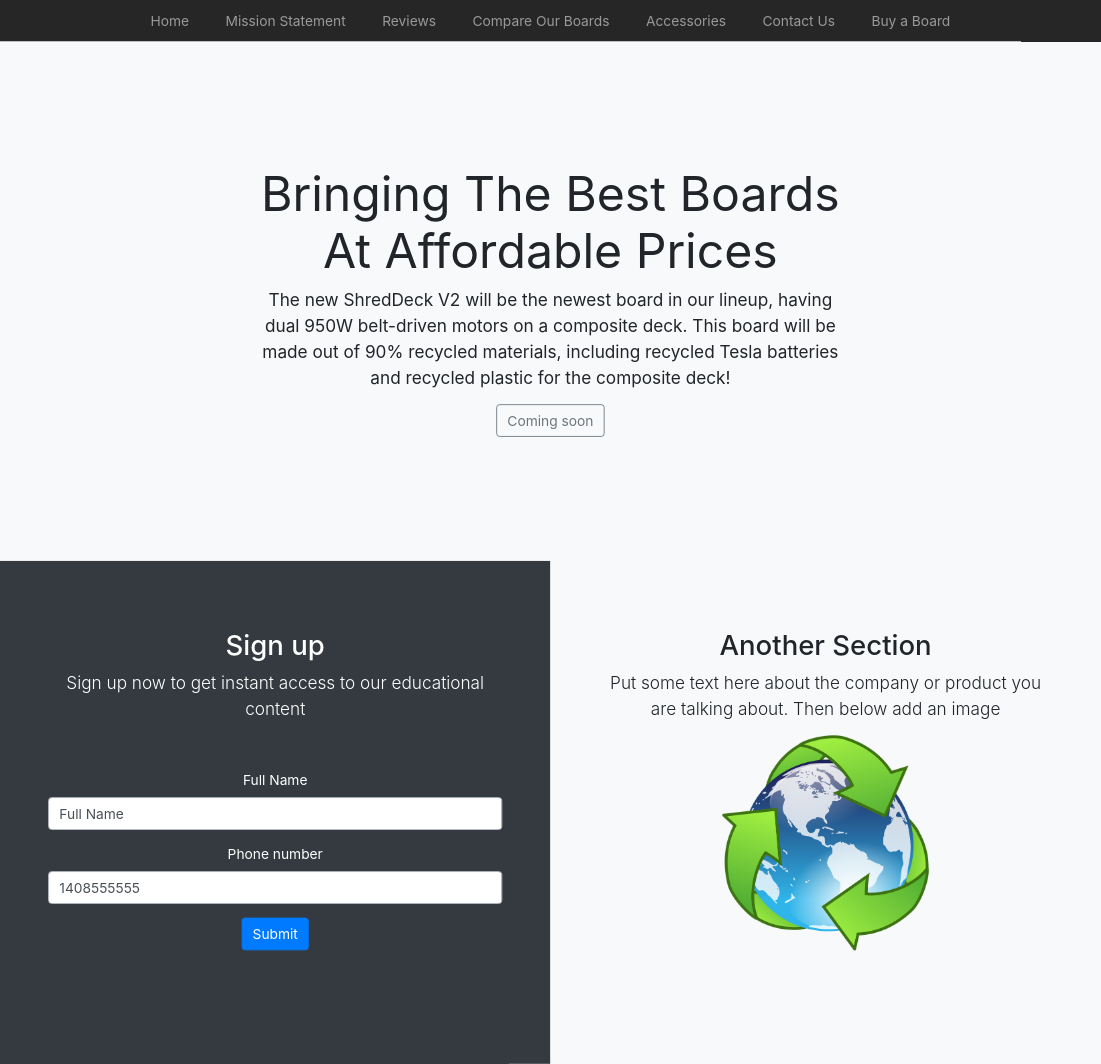
Repository: Heinzkopf/StefanPeekhaus-Website
Page: Lab 2/index.html
The author's editor kept a record of every edit. The page is drawn from the files as they stood at one moment, then again after the next edit.
The browser window is 1280 px wide. The pictures show the whole page, at 86% of full size.

Above is the page before.

### Lab 2/index.html
<!doctype html>
<html lang="en">
  <head>
    <!-- Required meta tags -->
    <meta charset="utf-8">
    <meta name="viewport" content="width=device-width, initial-scale=1, shrink-to-fit=no">
    <meta name="description" content="High Powered Electric Skateboards For All Ages">
    <meta name="author" content="862264271">

    <!-- Bootstrap CSS -->
    <link rel="stylesheet" href="https://stackpath.bootstrapcdn.com/bootstrap/4.5.2/css/bootstrap.min.css" integrity="sha384-JcKb8q3iqJ61gNV9KGb8thSsNjpSL0n8PARn9HuZOnIxN0hoP+VmmDGMN5t9UJ0Z" crossorigin="anonymous">

    <!-- Title of your Website -->
    <title>Flex Skate</title>
    <link href="product.css" rel="stylesheet">
  </head>
  <body>
    <nav class="site-header sticky-top py-1">
    <!-- Top Menu Bar -->
    <div class="container d-flex flex-column flex-md-row justify-content-between">
        <a class="py-2 d-none d-md-inline-block" id="menu-item-1" href="https://www.youtube.com/" target="_blank">Home</a>
        <a class="py-2 d-none d-md-inline-block" id="menu-item-2" href="https://www.wcofun.net/cartoon-list" target="_blank">Mission Statement</a>
        <a class="py-2 d-none d-md-inline-block" id="menu-item-3" href="https://www.mov.onl/search/label/2022" target="_blank">Reviews</a>
        <a class="py-2 d-none d-md-inline-block" id="menu-item-4" href="https://www.crunchyroll.com/" target="_blank">Compare Our Boards</a>
        <a class="py-2 d-none d-md-inline-block" id="menu-item-5" href="https://www.netflix.com/browse" target="_blank">Accessories</a>
        <a class="py-2 d-none d-md-inline-block" id="menu-item-6" href="https://www.hulu.com/hub/home" target="_blank">Contact Us</a>
        <a class="py-2 d-none d-md-inline-block" id="menu-item-7" href="https://www.hbomax.com/" target="_blank">Buy a Board</a>
    </div>
    </nav>
    <!-- Main Header Section h1-->
    <div class="position-relative overflow-hidden p-3 p-md-5 m-md-0 text-center bg-light">
      <div class="col-md-8 p-lg-5 mx-auto my-5">
        <h1 class="display-4 font-weight-normal">Bringing The Best Boards At Affordable Prices</h1>
        <p class="lead font-weight-normal">The new ShredDeck V2 will be the newest board in our lineup, having dual 950W belt-driven motors on a composite deck. This board will be made out of 90% recycled materials, including recycled Tesla batteries and recycled plastic for the composite deck!</p>
        <a class="btn btn-outline-secondary" href="https://backfireboardsusa.com/">Coming soon</a>
    </div>
  </div>
  <!-- Left Tile -->
  <div class="d-md-flex flex-md-equal w-100">
      <div class="bg-dark pt-3 px-3 pt-md-5 px-md-5 text-center text-white overflow-hidden">
          <div class="my-3 py-3">
            <h2 class="display-5">Sign up</h2>
            <p class="lead">Sign up now to get instant access to our educational content</p>
          </div>
          <!-- Web form when submitted will send a text message -->
          <form class="p-2" onsubmit="sendTextMessage(); return false;">
            <!-- Full Name Form Field -->
            <div class="form-group">
                <label for="example-first-name">Full Name</label>
                <input type="text" value="Full Name" class="form-control" id="example-first-name" aria-describedby="emailHelp">
            </div>
            <!-- Phone Number Form Field -->
            <div class="form-group">
                <label for="example-tel-input">Phone number</label>
                <input type="tel" class="form-control" value="1408555555" id="example-tel-input">
            </div>
            <!-- JavaScript that handles onSubmit logic -->
            <!-- Configure the XHR request below with your own credentials -->
            <script>
            function sendTextMessage() {
                console.log("Hello world!");
                var xhr = new XMLHttpRequest();
                var accountSID = "ACd94a913d770f06d8f9ba2718b3d28a76";
                var authToken = "380576742f8c14140c037aa456beec2f";
                var base64encoded = accountSID + ":" + authToken;
                var params = "To=" + document.getElementById('example-tel-input').value + "&From=" + "18336270751" + "&Body=" + "Hello " + document.getElementById('example-first-name').value + "Thank you for signing up with us!"
                xhr.open("POST", "https://api.twilio.com/2010-04-01/Accounts/" + accountSID + "/Messages.json", true);
                xhr.setRequestHeader('Content-Type', 'application/x-www-form-urlencoded');
                xhr.setRequestHeader('Authorization', 'Basic ' + btoa(base64encoded));
                xhr.send(params);
            }
            </script>
            <!-- Submit button that will execute the sendTextMessage function -->
            <button type="submit" class="btn btn-primary">Submit</button>
        </form>
    </div>
    <!-- Right Tile -->
      <div class="bg-light pt-3 px-3 pt-md-5 px-md-5 text-center overflow-hidden">
          <div class="my-3 p-3">
            <h2 class="display-5">Another Section</h2>
            <p class="lead">Put some text here about the company or product you are talking about. Then below add an image</p>
            <img class="mx-auto" src="Pic.webp" height="250px">
          </div>
          <div class="mx-auto" style="width: 80%; height: 100px; border-radius: 21px 21px 0 0;"></div>
      </div>
    </div>
  </body>
</html>

### Lab 2/product.css
.container {
  max-width: 960px;
}

/*
 * Custom translucent site header
 */

.site-header {
  background-color: rgba(0, 0, 0, .85);
  -webkit-backdrop-filter: saturate(180%) blur(20px);
  backdrop-filter: saturate(180%) blur(20px);
}
.site-header a {
  color: #999;
  transition: ease-in-out color .15s;
}
.site-header a:hover {
  color: #fff;
  text-decoration: none;
}

/*
 * Dummy devices (replace them with your own or something else entirely!)
 */

.product-device {
  position: absolute;
  right: 10%;
  bottom: -30%;
  width: 300px;
  height: 540px;
  background-color: #333;
  border-radius: 21px;
  -webkit-transform: rotate(30deg);
  transform: rotate(30deg);
}

.product-device::before {
  position: absolute;
  top: 10%;
  right: 10px;
  bottom: 10%;
  left: 10px;
  content: "";
  background-color: rgba(255, 255, 255, .1);
  border-radius: 5px;
}

.product-device-2 {
  top: -25%;
  right: auto;
  bottom: 0;
  left: 5%;
  background-color: #e5e5e5;
}


/*
 * Extra utilities
 */

.flex-equal > * {
  -ms-flex: 1;
  flex: 1;
}
@media (min-width: 768px) {
  .flex-md-equal > * {
    -ms-flex: 1;
    flex: 1;
  }
}

.overflow-hidden { overflow: hidden; }

After the next edit:
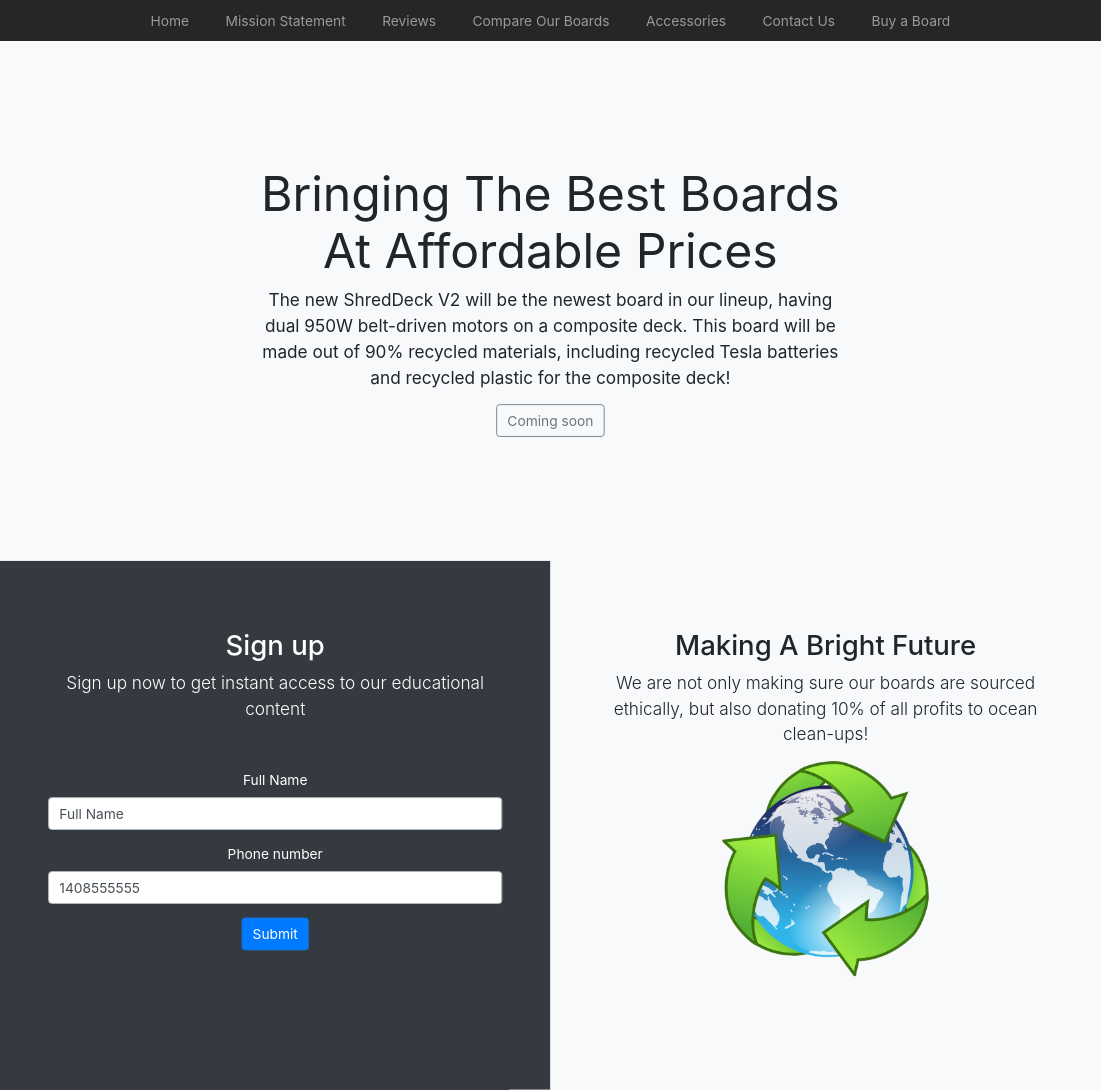
The edit:
--- a/Lab 2/index.html
+++ b/Lab 2/index.html
@@ -77,8 +77,8 @@
     <!-- Right Tile -->
       <div class="bg-light pt-3 px-3 pt-md-5 px-md-5 text-center overflow-hidden">
           <div class="my-3 p-3">
-            <h2 class="display-5">Another Section</h2>
-            <p class="lead">Put some text here about the company or product you are talking about. Then below add an image</p>
+            <h2 class="display-5">Making A Bright Future</h2>
+            <p class="lead">We are not only making sure our boards are sourced ethically, but also donating 10% of all profits to ocean clean-ups!</p>
             <img class="mx-auto" src="Pic.webp" height="250px">
           </div>
           <div class="mx-auto" style="width: 80%; height: 100px; border-radius: 21px 21px 0 0;"></div>
